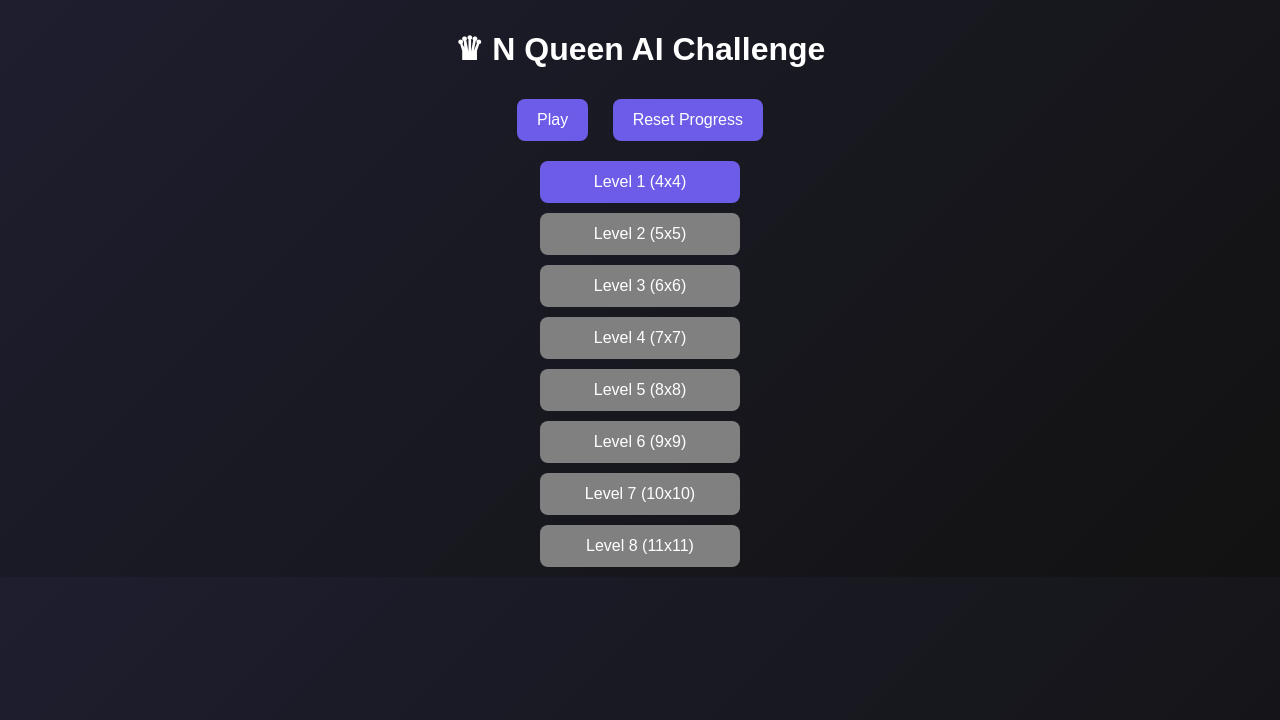
Repository: lissaintech/NQueen
Page: index.html
An editor plug-in stored every save of this project. The page is shown before and after the next save, followed by the edit.
The browser window is 1280 px wide. The pictures show the whole page.

Above is the page before, as saved 2026-03-08 19:12:07.

After the next save:
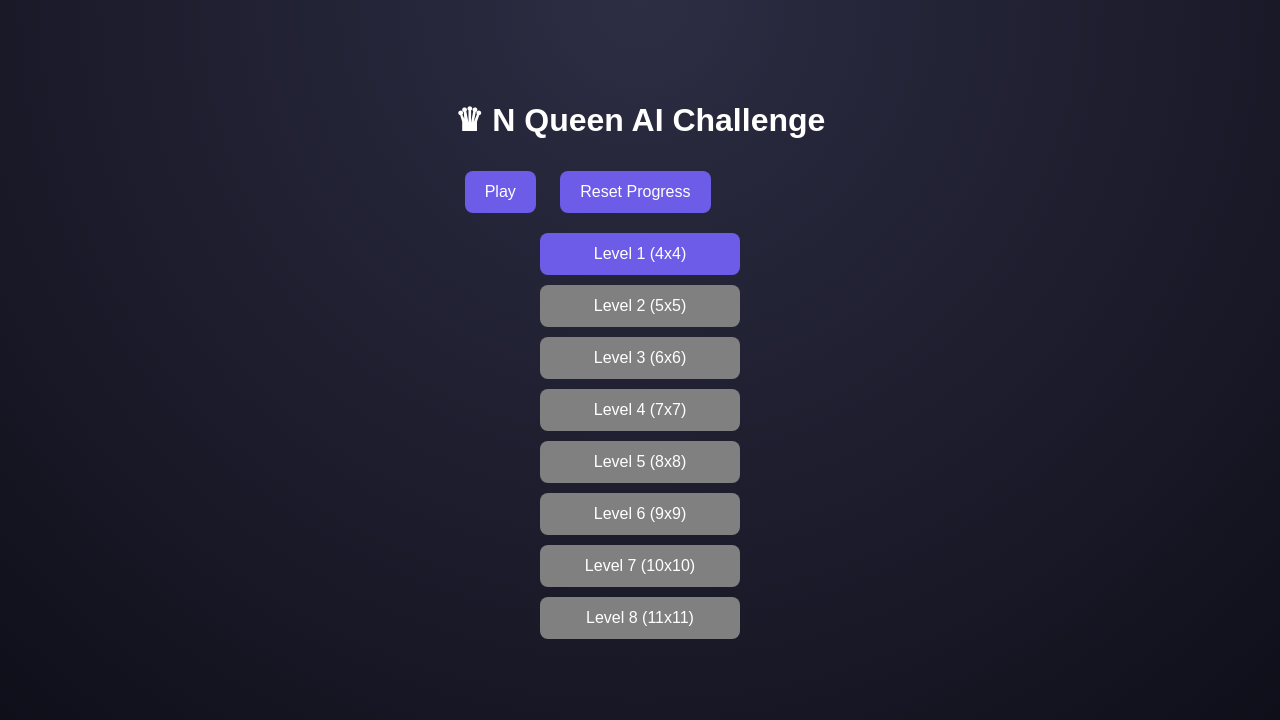
Saved 17 s later.
--- a/style.css
+++ b/style.css
@@ -1,9 +1,19 @@
 body{
 
-font-family: Arial;
-background: linear-gradient(135deg,#1e1e2f,#121212);
+font-family: Arial, sans-serif;
+
+background:
+radial-gradient(circle at top,#2d2d44,#0f0f1a);
+
 color:white;
-text-align:center;
+
+display:flex;
+justify-content:center;
+align-items:center;
+
+min-height:100vh;
+
+margin:0;
 
 }
 
